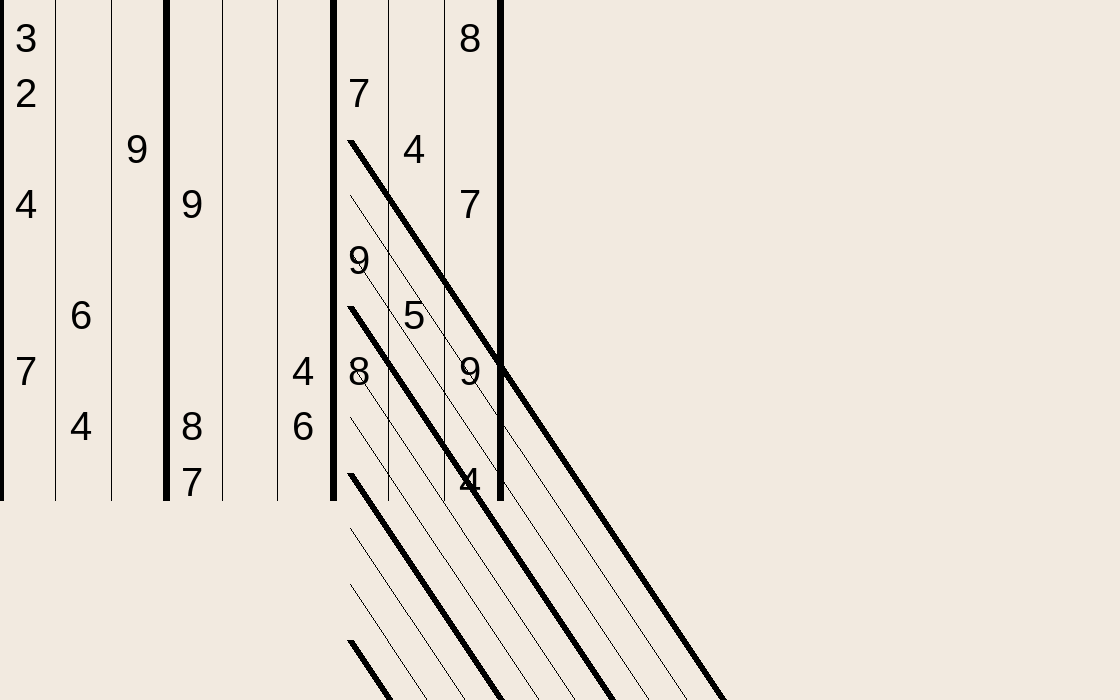
Repository: JensVL96/Puzzle-solver-for-fun
Script's output: python sudoku.py
These files come from the project's save history. The script's output is drawn as it stood at one moment and after the next save; the edit follows.
The window is shown after at most 60 frames with no key pressed. A system font it names is replaced by a similar one. Random numbers start from a fixed seed.

Above is the script's output before, as saved 2020-10-30 01:34:41.

After the next save:
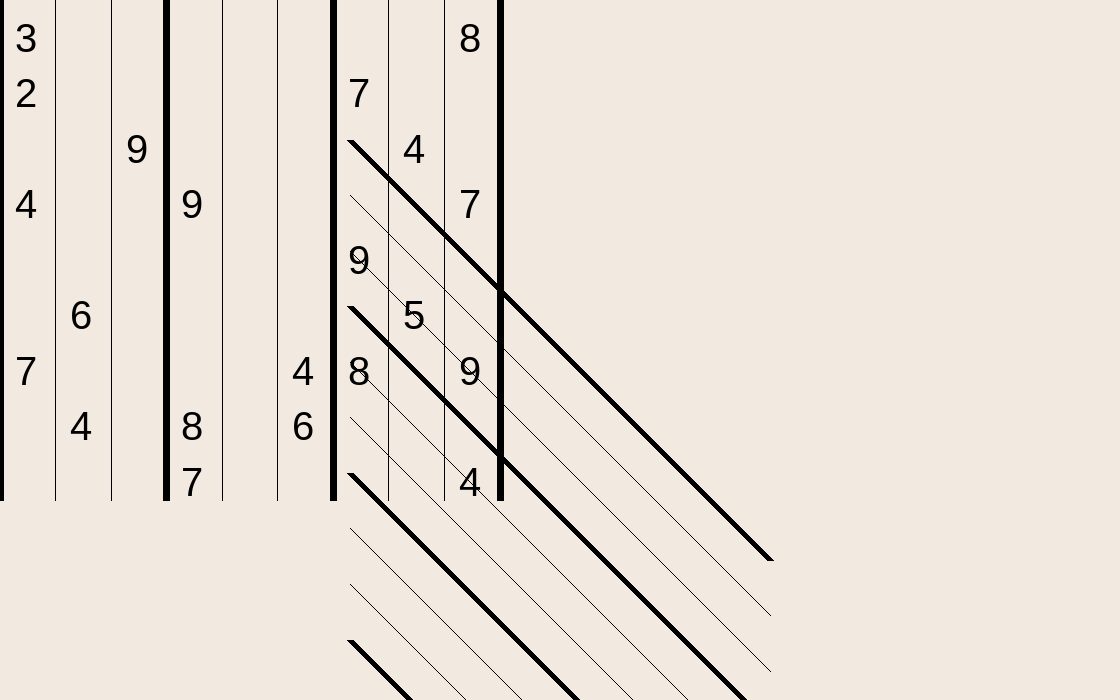
Saved 5 s later.
--- a/sudoku.py
+++ b/sudoku.py
@@ -191,7 +191,7 @@ class Display_board():
         start_pos_x = (SCREEN_WIDTH / 2) - (BORDER_SIZE / 2)
         start_pos_y = (SCREEN_HEIGHT / 2) - (BORDER_SIZE / 2)
         end_pos_x = (SCREEN_WIDTH / 2) + (BORDER_SIZE / 2)
-        end_pos_y = (SCREEN_WIDTH / 2) + (BORDER_SIZE / 2)
+        end_pos_y = (SCREEN_HEIGHT / 2) + (BORDER_SIZE / 2)
 
         for i in range (9):
             for j in range (9):
